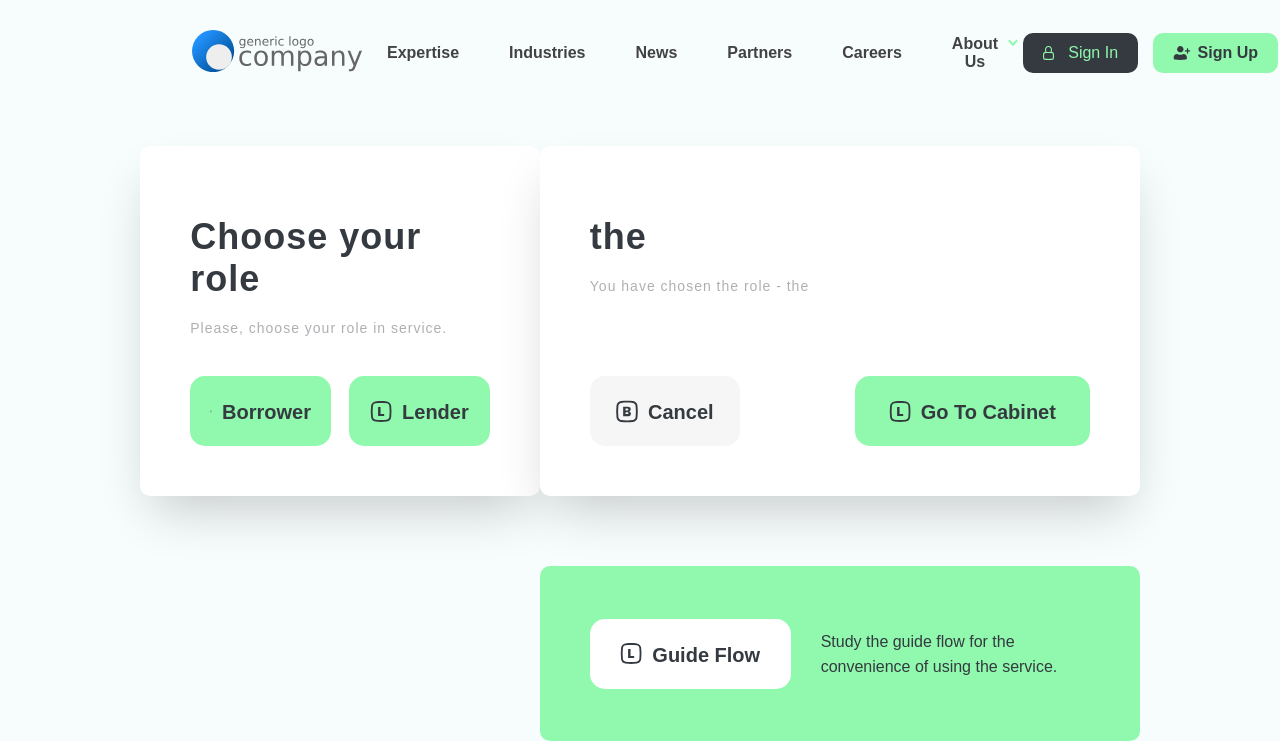
Repository: Andriy-Ma/widgetTask
Page: /
The author's editor kept a copy of each file at every save. The page is drawn from the files as they stood at one save, then again after the next save.
The browser window is 1280 px wide. The pictures show the whole page.
Some web fonts or font styles are not loaded; a fallback is used. The project was rebuilt for these pictures with package versions that can differ from the ones it lists, and the page was loaded fresh each time.

Above is the page before, as saved 2022-08-29 22:29:40.

After the next save:
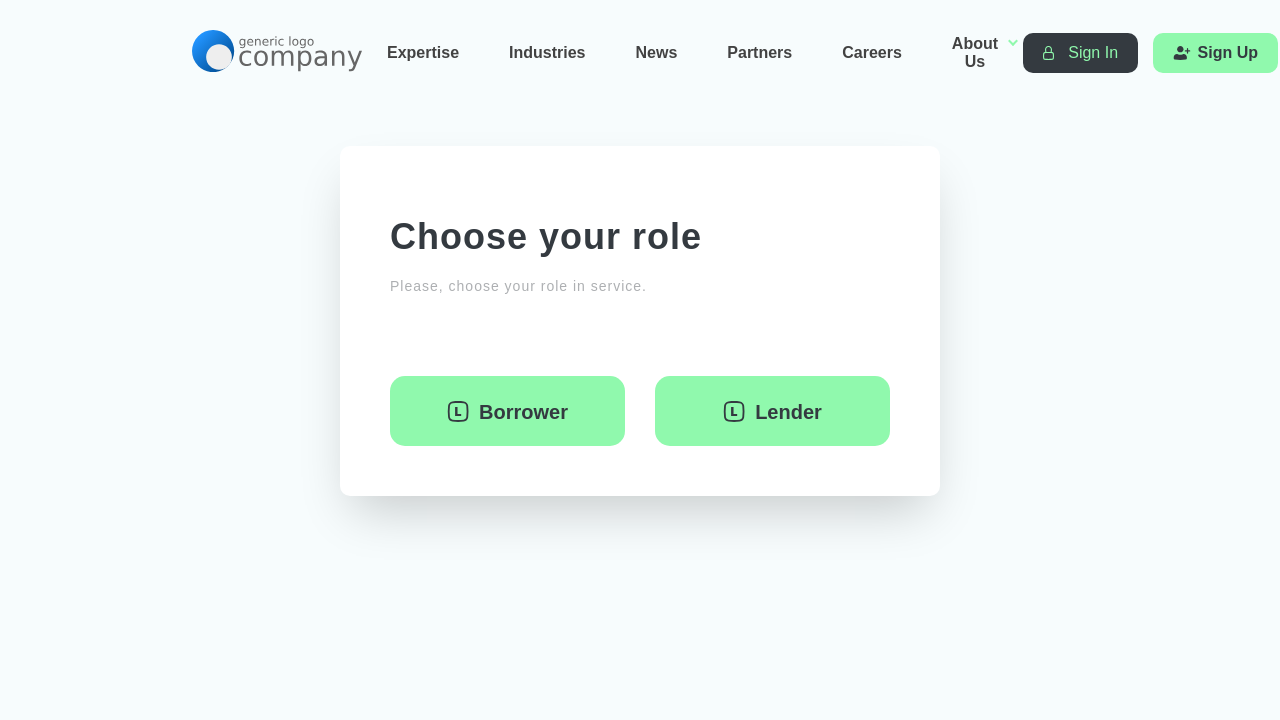
Saved 78 s later.
--- a/src/components/Main/ChooseForm/chooseForm.jsx
+++ b/src/components/Main/ChooseForm/chooseForm.jsx
@@ -11,7 +11,6 @@ function ChooseForm() {
   console.log(selectedRole);
 
   return (
-    <>
     <div className={styles.form}>
       <div>
         <p className={styles.mainText}>Choose your role</p>
@@ -28,52 +27,6 @@ function ChooseForm() {
       }
       </div>
     </div>
-    <div>
-      <div className={styles.form}>
-        <div>
-          <p className={styles.mainText}>the {selectedRole}</p>
-          <p className={styles.underText}>You have chosen the role - the {selectedRole}</p>
-        </div>
-        <div className={styles.buttonsChooseForm}>
-          {
-            selectedRole === 'Borrower' ?
-            <>
-            <div className={styles.role} >
-                <Borrower/>
-                <p className={styles.buttonText}>Go To Cabinet</p>
-            </div>
-            <div className={styles.cancelButton} >
-                <Borrower/>
-                <p className={styles.buttonText}>Cancel</p>
-            </div>
-            </>
-            :
-            <>
-            <div className={styles.cancelButton} >
-                <Borrower/>
-                <p className={styles.buttonText}>Cancel</p>
-            </div>
-            <div className={styles.role} >
-                <Lender/>
-                <p className={styles.buttonText}>Go To Cabinet</p>
-            </div>
-            </>
-          }
-        </div>
-      </div>
-      <div className={styles.lowerForm}>
-        <div className={styles.guideBox}>
-            <div className={styles.guideButton} >
-                <Lender/>
-                <p className={styles.buttonText}>Guide Flow</p>
-            </div>
-            <p className={styles.guideText}>
-              Study the guide flow for the convenience of using the service.
-            </p>
-        </div>
-      </div>
-    </div>
-  </>
   )
 }
 
